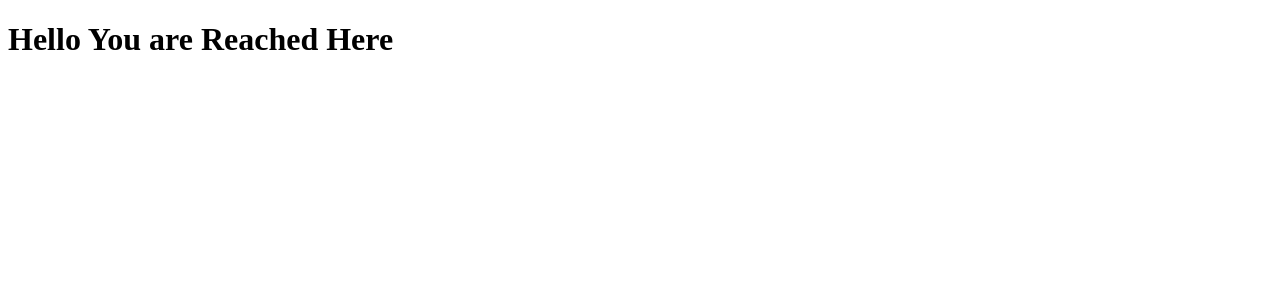
Repository: gadgeswapnil11/Vaulty
Page: http://localhost/ServeletCRUDOprations/GetAllData.jsp
An editor plug-in stored every save of this project. The page is shown before and after the next save, followed by the edit.
The browser window is 1280 px wide. The pictures show the whole page.
The page is served by Tomcat 9. Other server files are loaded and not shown.

Above is the page before, as saved 2023-12-19 10:15:50.

### ServeletCRUDOprations/src/main/webapp/GetAllData.jsp
<%@ page language="java" contentType="text/html; charset=UTF-8"
	pageEncoding="UTF-8"%>
<!DOCTYPE html>
<html>
<head>
<meta charset="UTF-8">
<title>Insert title here</title>
</head>
<body>
	<h1>Hello You are Reached Here</h1>
<br>
	<form action="getAll">

	</form>
</body>
</html>

After the next save:
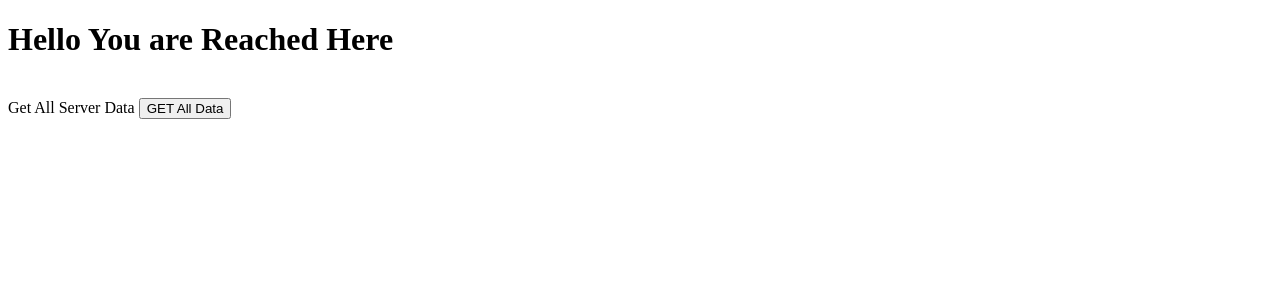
Saved 40 s later.
--- a/ServeletCRUDOprations/src/main/webapp/GetAllData.jsp
+++ b/ServeletCRUDOprations/src/main/webapp/GetAllData.jsp
@@ -10,7 +10,7 @@
 	<h1>Hello You are Reached Here</h1>
 <br>
 	<form action="getAll">
-
+	Get All Server Data <input type="Submit" value ="GET All Data">
 	</form>
 </body>
 </html>
